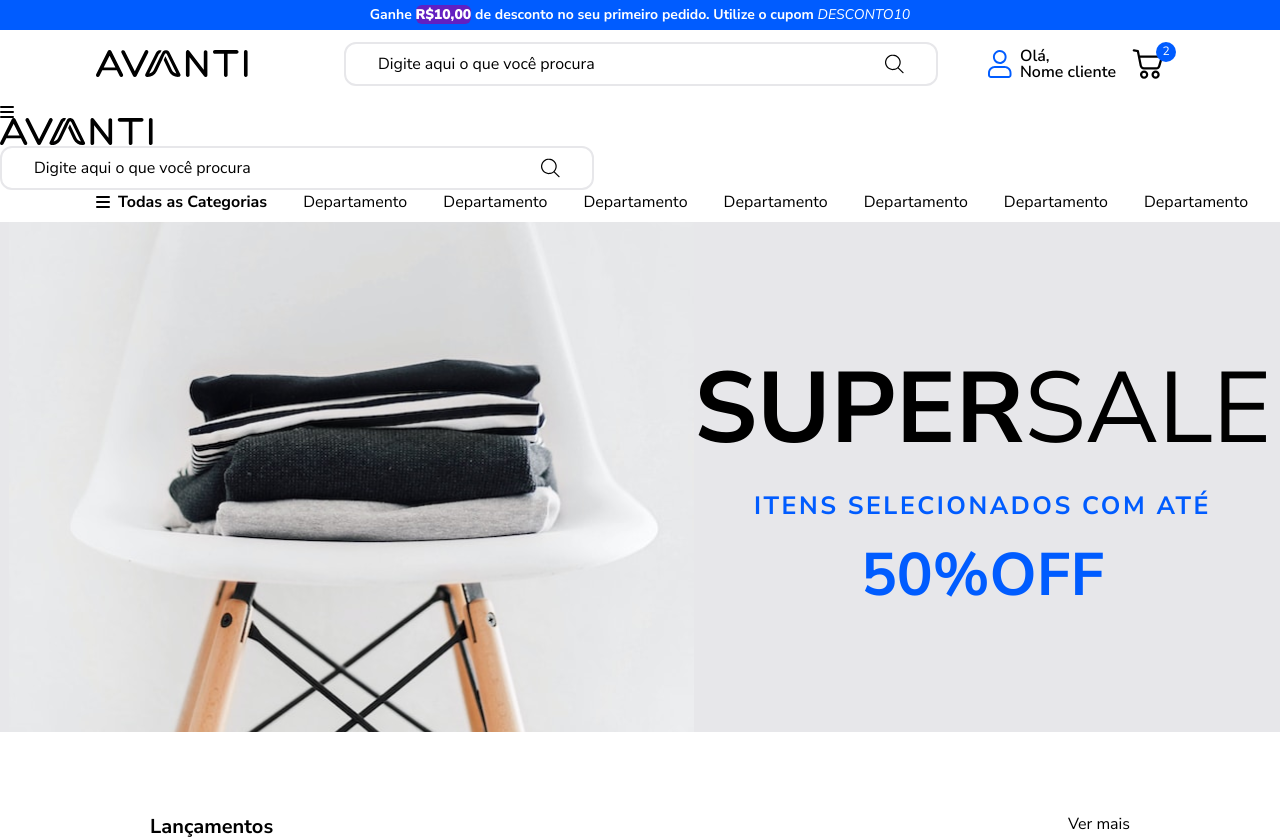
Repository: chidekina/avanti-01
Page: index.html
An editor plug-in stored every save of this project. The page is shown before and after the next save, followed by the edit.
The browser window is 1280 px wide. The pictures show the part of the page from y = 0 to 838 px (the page is 4164 px tall before and 4194 px after).
A picture or video elsewhere on the page could not be fetched, so the positions and the page height are approximate.

Above is the page before, as saved 2025-04-15 14:33:57.

### index.html
<!DOCTYPE html>
<html lang="en">
  <head>
    <meta charset="UTF-8" />
    <meta name="viewport" content="width=device-width, initial-scale=1.0" />
    <script src="https://cdn.jsdelivr.net/npm/@tailwindcss/browser@4"></script>
    <link rel="preconnect" href="https://fonts.googleapis.com" />
    <link rel="preconnect" href="https://fonts.gstatic.com" crossorigin />
    <link href="https://fonts.googleapis.com/css2?family=Nunito+Sans:ital,opsz,wght@0,6..12,200..1000;1,6..12,200..1000&family=Nunito:ital,wght@0,200..1000;1,200..1000&display=swap" rel="stylesheet" />
    <title>Avanti</title>
    <link rel="icon" type="image" href="./assets/avanti-icon.svg" />
    <link rel="stylesheet" href="style.css" />
    <link rel="stylesheet" href="https://cdn.jsdelivr.net/npm/swiper/swiper-bundle.min.css">
  </head>
  <body>
    <header class="mb-2">
      <h1 class="flex justify-center items-center bg-(--primary-color) text-white text-sm h-[30px] font-bold max-md:text-[12px] max-md:text-center max-md:px-6 max-md:h-[52px]">
        <span>
        Ganhe
        <b class=" bg-(--secondary-color) heigth-[16px] w-[64px] rounded-md">R$10,00</b>
        de desconto no seu primeiro pedido. Utilize o cupom
        <i class="font-normal">DESCONTO10</i>
        </span>
      </h1>
      <div class="mt-3 mb-5 px-24 flex justify-between w-full max-md:hidden">
        <div class="flex gap-24">
          <img src="./assets/logo.svg" alt="Avanti Logo" class="w-[152px]" />
            <div class="flex justify-between py-2 border-2 border-solid border-(--bg-color) px-8 rounded-xl cursor-text w-[594px]">
              <input type="text" placeholder="Digite aqui o que você procura" class="placeholder-black outline-none focus:placeholder-transparent w-1/2" />
              <img src="./assets/search.svg" />
            </div>
        </div>
        <div class="flex gap-4">
          <div class="flex gap-2 items-center">
            <img src="./assets/user.svg" alt="icone do usuario" class="w-[24px]" />
            <h6 class="leading-none font-semibold">
              Olá,<br />
              Nome cliente
            </h6>
          </div>
          <div class="flex">
            <img src="./assets/cart.svg" alt="imagem de um carrinho de compras" class="w-[32px]" />
            <div class="relative bg-(--primary-color) w-[20px] h-[20px] text-center text-white text-[12px] rounded-full right-2">2</div>
          </div>
        </div>
      </div>
      <div class="">
        <div>
          <img src="./assets/menu-hamburger.svg" alt="menu hamburguer">
          <img src="./assets/logo.svg" alt="logo da Avanti">
          <img
        </div>
        <div class="flex justify-between py-2 border-2 border-solid border-(--bg-color) px-8 rounded-xl cursor-text w-[594px]">
          <input type="text" placeholder="Digite aqui o que você procura" class="placeholder-black outline-none focus:placeholder-transparent w-1/2" />
          <img src="./assets/search.svg" />
        </div>
      </div>
      <div class="flex px-24 w-full max-md:hidden">
        <ul class="flex gap-9" id="department-list">
          <li  id="menu-button">
          <a href="#">
            <div class="flex gap-2 w-max">
              <img src="./assets/menu-hamburger.svg" alt="menu hamburguer" />
              <h5 class="font-bold">Todas as Categorias</h5>
            </div>
          </a>
        </li>
        </ul>
      </div>
      <div class="flex mx-24 my-2 w-[1200px] h-[320px] bg-white rounded-md px-4 hidden" id="department-content">
       <div id="department-number">
        <div class="flex gap-20" id="department-content-list">
      </div>
      </div>
        <div class="flex flex-col relative left-146 my-2 w-[236px] justify-center bg-[url(/assets/mini-banner.svg)] bg-no-repeat mr-2 px-4 gap-4">
          <h1 class="text-[24px] text-white z-2">
            Confira os<br>
            Produtos<br>
            <b>Que<br>
            acabaram<br>
            De chegar<br></b>
          </h1>
          <a class=" flex justify-center items-center text-white font-bold border-1 z-2 rounded-lg w-[112px] text-[12px] h-[38px]">
            VER TODOS
          </a>
        </div>
      </div>
      <div class="flex mx-24 my-2 w-[1200px] h-[320px] bg-white rounded-md hidden" id="dropdown-content">
        <ul class="flex flex-col gap-2 bg-(--bg-lighter) overflow-y-scroll w-1/5 rounded-md px-4 py-2" id="categories-list">
        </ul>
        <div class="flex flex-col relative left- my-2 w-[236px] justify-center bg-[url(/assets/mini-banner.svg)] bg-no-repeat mr-2 px-4 gap-4">
          <h1 class="text-[24px] text-white z-2">
            Confira os<br>
            Produtos<br>
            <b>Que<br>
            acabaram<br>
            De chegar<br></b>
          </h1>
          <a class=" flex justify-center items-center text-white font-bold border-1 z-2 rounded-lg w-[112px] text-[12px] h-[38px]">
            VER TODOS
          </a>
        </div>
      </div>
    </header>
    <main>
      <section class="flex justify-center items-center w-full height-[510px] bg-(--bg-color) font-(--font-secondary)">
        <img src="./assets/chair.svg" alt="Foto de uma cadeira com roupas dobradas em cima" />
        <div class="flex flex-col gap-1 text-center">
          <h1 class="text-[100px]"><b>SUPER</b>SALE</h1>
          <h4 class="text-[25px] text-(--primary-color) font-bold tracking-widest">ITENS SELECIONADOS COM ATÉ</h4>
          <h4 class="text-[60px] text-(--primary-color) font-bold">50%OFF</h4>
        </div>
      </section>
<carousel-section></carousel-section>
      </section>
  <description-section></description-section>
  <section class="flex w-full bg-(--bg-light) px-[200px] py-[42px] font-(--font-secondary) my-[40px]">
    <div class="text-center text-(--text-color) w-1/2 mr-5">
      <h1 class="text-[30px] font-bold mb-10">
        Lorem ipsum
      </h1>
      <ul class="flex flex-col text-start gap-15">
        <li class="flex gap-6">
          <img src="./assets/pin.svg">
          <p>
            Aenean massa. Cum sociis natoque penatibus et magnis dis parturient montes, nascetur ridiculus mus. Donec quam felis, ultricies nec, pellentesque eu, pretium quis, sem.
          </p>
        </li>
        <li class="flex gap-6">
          <img src="./assets/pin.svg">
          <p>
            Aenean massa. Cum sociis natoque penatibus et magnis dis parturient montes, nascetur ridiculus mus. Donec quam felis, ultricies nec, pellentesque eu, pretium quis, sem.
          </p>
        </li>
        <li class="flex gap-6">
          <img src="./assets/pin.svg">
          <p>
            Aenean massa. Cum sociis natoque penatibus et magnis dis parturient montes, nascetur ridiculus mus. Donec quam felis, ultricies nec, pellentesque eu, pretium quis, sem.
          </p>
        </li>
      </ul>
    </div>
    <img src="./assets/banner.svg" alt="Foto da caneca da Avanti sobre uma tabua de vegetais" class="w-1/2">
  </section>
  <section>
  <description-section></description-section>
  <carousel-section></carousel-section>

  </section>
  <section>
    <img src="./assets/banner2.svg" alt="Foto da entrada da loja da Avanti" />
    <div class="absolute h-[126px] bg-(--primary-color) w-full bottom-[-3080px] text-white text-[30px] font-(--font-secondary)">
      <h1 class="flex justify-center h-full items-center">Entre em contato conosco e verifique a disponibilidade para sua região!</h1>
    </div>
  </section>
  <section class="flex flex-col my-[50px] gap-6 items-center">
    <h2 class="font-bold text-center text-[20px]">
      Cadastre-se na nossa <b class="text-(--primary-color)">newsletter</b>
    </h2>
    <div class="flex w-[1260px] h-[170px] items-center justify-center bg-(--bg-light) rounded-lg gap-6">
      <input type="text" placeholder="Digite seu nome" class="outline-none rounded-lg bg-white placeholder:text-black w-[260px] h-[48px] focus:placeholder-transparent pl-4"/>
      <input type="text" placeholder="Digite seu e-mail" class="outline-none rounded-lg bg-white placeholder:text-black w-[260px] h-[48px] focus:placeholder-transparent pl-4"/>
      <div class="flex gap-1">
      <input type="checkbox" />
      <h5 class="text-(--sub-text) text-[12px] font-bold">Estou de acordo com a <a href="#" class="underline">Política de Privacidade</a></h5>
    </div>
    </div>
  </section>
  <section class="text-center px-[200px] py-[64px] bg-(--bg-lighter)">
    <div class="flex justify-around mb-10">
    <div class="flex flex-col gap-5">
      <img src="./assets/logo.svg" alt="Logo Avanti" />
      <ul class="flex gap-5 justify-around items-center">
        <li>
          <a href="#">
            <img src="./assets/social-links/instagram.svg" alt="Logo do instagram" />
          </a>
        </li>
        <li>
          <a href="#">
            <img src="./assets/social-links/facebook.svg" alt="Logo do instagram" />
          </a>
        </li>
        <li>
          <a href="#">
            <img src="./assets/social-links/youtube.svg" alt="Logo do instagram" />
          </a>
        </li>
        <li>
          <a href="#">
            <img src="./assets/social-links/tiktok.svg" alt="Logo do instagram" />
          </a>
        </li>
      </ul>
    </div>
    <ul class="flex flex-col gap-4">
      <li class="font-bold">
        <a href="">
          Institucional
        </a>
      </li>
      <li>
        <a href="">
          Sobre Nós
        </a>
      </li>
      <li>
        <a href="">
          Nossas lojas
        </a>
      </li>
      <li>
        <a href="">
          Privacidade e Segurança
        </a>
      </li>
      <li>
        <a href="">
          Termos e condições
        </a>
      </li>
    </ul>
    <ul class="flex flex-col gap-4">
      <li class="font-bold">
        <a href="">
          Central de ajuda
        </a>
      </li>
      <li>
        <a href="">
          Fale Conosco
        </a>
      </li>
      <li>
        <a href="">
          Frete e Entrega
        </a>
      </li>
      <li>
        <a href="">
          Trocas e Devoluções
        </a>
      </li>
      <li>
        <a href="">
          Formas de Pagamento
        </a>
      </li>
      <li>
        <a href="">
          FAQ
        </a>
      </li>
    </ul>
    <ul class="flex flex-col gap-4">
      <li class="font-bold">
          Atendimento
      </li>
      <li>
         <b>Telefone:</b> (00) 1234-5678
      </li>
      <li>
        <b>E-mail:</b> exemplo@exemplo.com.br
      </li>
      <li>
        <b>Horário de atendimento:</b><br>
          Segunda a Sábado: 07h00 às 23h00<br>
          Domingos e Feriados:  07h00 às 21h00
      </li>
    </ul>
  </div>
<div>
<ul class="flex gap-10 justify-center">
  <li>
    <img src="./assets/payments/amex.svg" alt="Logo Amex" />
  </li>
  <li>
    <img src="./assets/payments/mastercard.svg" alt="Logo Mastercard" />
  </li>
  <li>
    <img src="./assets/payments/visa.svg" alt="Logo Visa" />
  </li>
  <li>
    <img src="./assets/payments/hipercard.svg" alt="Logo Hipercard" />
  </li>
  <li>
    <img src="./assets/payments/elo.svg" alt="Logo Elo" />
  </li>
  <li>
    <img src="./assets/payments/dinners.svg" alt="Logo Dinners" />
  </li>
  <li>
    <img src="./assets/payments/paypal.svg" alt="Logo Paypal" />
  </li>
  <li>
    <img src="./assets/payments/pix.svg" alt="Logo Pix" />
  </li>
  <li>
    <img src="./assets/payments/boleto.svg" alt="Logo Boleto" />
  </li>
</ul>
</div>
  </section>
    </main>
    <footer class="flex flex-col gap-5 my-10">
      <div class="flex flex-col text-center justify-center items-center">
        <p class="w-[1000px] text-[12px]">
          Lorem ipsum dolor sit amet, consectetuer adipiscing elit, sed diam nonummy nibh euismod tincidunt ut laoreet dolore magna aliquam erat volutpat. Ut wisi enim ad minim veniam, quis nostrud exerci tation ullamcorper suscipit lobortis nisl ut aliquip ex ea commodo consequat. Duis autem vel eum iriure dolor in hendrerit in vulputate velit esse molestie consequat, vel illum dolore eu feugiat nulla facilisis at vero eros et accumsan et iusto odio dignissim qui blandit praesent luptatum zzril delenit augue duis dolore te feugait nulla facilisi.
        </p>
      </div>
        <ul class="flex justify-center gap-10">
          <li>
            <img src="./assets/logos/encrypt-logo.svg" alt="Logo da Lets Encrypt">
          </li>
          <li>
            <img src="./assets/logos/vtex-pci-logo.svg" alt="Logo da VTEX e da PCI certified">
          </li>
          <li>
            <img src="./assets/logo.svg" alt="Logo da Avanti">
          </li>
          <li>
            <img src="./assets/logos/vtex-logo.svg" alt="Logo da VTEX">
          </li>
        </ul>
      </footer>
    <script src="https://cdn.jsdelivr.net/npm/swiper/swiper-bundle.min.js"></script>
    <script src="app.js"></script>
  </body>
</html>

### style.css
:root {
    font-family: "Nunito Sans", sans-serif;
    --primary-color: #005CFF;
    --secondary-color: #6220C1;
    --text-color: #4F4F4F;
    --bg-color: #E7E7EA;
    --bg-dark: #C2C2C2;
    --bg-light: #DEDEDE;
    --bg-lighter: #F5F5F5;
    --sub-text: #656565;
    --font-secondary: "Nunito", sans-serif;
}

html, body {
    margin: 0;
    padding: 0;
    width: 100%;
    height: 100%;
    box-sizing: border-box;
  }

#dropdown-content,
#department-content {
    position: absolute;
    z-index: 1;
    box-shadow: 0px 8px 16px 0px rgba(0,0,0,0.2);
}


#dropdown-content .bg-no-repeat::before,
#department-content .bg-no-repeat::before {
    content: '';
    position: absolute;
    top: 0;
    left: 0;
    width: 236px;
    height: 298px;
    background-image: url(/assets/black-filter.svg);
    z-index: 1;
}

#categories-list li:hover img,
#categories-list li.active img {
    content: url('./assets/arrow-active.svg');
    transform: scale(1.1);
}

.selected {
    color: var(--primary-color); /* Replace with your desired color */
    font-weight: bold;
}

#categories-list li.selected img {
    content: url('./assets/arrow-active.svg'); /* Replace with the active image path */
    transform: scale(1.1); /* Optional: Add a scaling effect */
}

.sublist.open {
    max-height: 500px; /* Adjust based on the expected height of the sublist */
}


.sublist {
    list-style: none;
    padding: 0;
    margin: 0;
}

### app.js
class Carousel extends HTMLElement {
    constructor() {
      super();
    }

    connectedCallback() {
      this.render();
      this.initSlides();
      this.initSwiper();
    }

    render() {
      this.innerHTML = `
        <section class="py-[80px] px-[150px]">
          <div>
            <div class="flex justify-between mb-4">
              <h3 class="font-bold text-[20px]">Lançamentos</h3>
              <h4>Ver mais</h4>
            </div>
            <div class="swiper">
              <div class="swiper-container">
                <ul class="swiper-wrapper" id="swiper-wrapper"></ul>
                <div class="swiper-button-next"></div>
                <div class="swiper-button-prev"></div>
                <div class="swiper-pagination"></div>
              </div>
            </div>
          </div>
        </section>
      `;
    }

    initSlides() {
      const swiperWrapper = this.querySelector("#swiper-wrapper");

      for (let i = 1; i <= 15; i++) {
        const slide = `
          <li class="swiper-slide border border-[#DDDDDD] py-1 px-1 rounded-md" style="min-width: 200px;">
            <div class="absolute">
              <h6 class="flex justify-center items-center bg-[#00264E] text-white text-[10px] w-[42px] h-[20px] rounded-sm">
                NOVO
              </h6>
            </div>
            <img src="./assets/model.svg" alt="Modelo ${i}" />
            <div class="mt-2">
              <h3 class="text-[#303030] text-[12px] mb-1 leading-none">
                Produto ${i} - Nome do Produto
              </h3>
            </div>
            <div class="flex gap-1">
              <div>
                <h4 class="text-[#303030] text-[10px] line-through leading-none">R$ 100,00</h4>
                <h4 class="text-[14px] font-bold tracking-tight">R$ 79,90</h4>
              </div>
              <div class="flex justify-center items-center bg-[#5EC0BE] text-white underline text-[8px] w-[52px] h-[16px] rounded-sm tracking-tight">
                10% OFF
              </div>
            </div>
            <h6 class="text-[10px]">Ou em até <b>10x de R$ 7,90</b></h6>
            <button class="w-full bg-[#00264E] text-white rounded-md text-[12px] h-[30px]">
              Comprar
            </button>
          </li>
        `;
        swiperWrapper.insertAdjacentHTML("beforeend", slide);
      }
    }

    initSwiper() {
      new Swiper(this.querySelector(".swiper-container"), {
        slidesPerView: 5,
        spaceBetween: 10,
        navigation: {
          nextEl: this.querySelector(".swiper-button-next"),
          prevEl: this.querySelector(".swiper-button-prev"),
        },
        pagination: {
          el: this.querySelector(".swiper-pagination"),
          clickable: true,
        },
      });
    }
  }

  customElements.define("carousel-section", Carousel);

class Description extends HTMLElement {
  connectedCallback() {
    this.innerHTML = `
     <section class="flex px-[200px] gap-5 items-center">
        <div class="flex bg-(--bg-dark) justify-center items-center">
            <img src="./assets/mug.svg" alt="Foto de uma caneca da Avanti" />
        </div>
        <div class="font-(--font-secondary) w-1/2">
            <h1 class="font-bold text-[30px]">
          Lorem Ipsum
            </h1>
            <p class="text-[12px]">
                Duis consectetur metus nec lacus auctor dignissim. Mauris vitae finibus dui. Mauris laoreet lacus ut eleifend viverra. Cras efficitur volutpat dui, in lobortis metus lacinia sit amet. Sed lacinia pharetra magna, vel pulvinar ligula hendrerit a. Maecenas fringilla porttitor tortor eget lacinia. Donec sollicitudin euismod orci, auctor fringilla magna consequat interdum. Fusce sagittis elit a libero commodo egestas efficitur id augue.<br></br>
                Duis consectetur metus nec lacus auctor dignissim. Mauris vitae finibus dui. Mauris laoreet lacus ut eleifend viverra. Cras efficitur volutpat dui, in lobortis metus lacinia sit amet. Sed lacinia pharetra magna, vel pulvinar ligula hendrerit a. Maecenas fringilla porttitor tortor eget lacinia. Donec sollicitudin euismod orci, auctor fringilla magna consequat interdum. Fusce sagittis elit a libero commodo egestas efficitur id augue.
            </p>
        </div>
        </section>
        `;
  }
};

customElements.define("description-section", Description);

const categories = document.getElementById('categories-list');
const dropdown = document.getElementById('dropdown-content');
const allCategories = document.getElementById('menu-button');
const depList = document.getElementById('department-list');
const depContent = document.getElementById('department-content');
const depContentList = document.getElementById('department-content-list');
const depNumber = document.getElementById('department-number');

for (let i = 1; i <= 7; i++) {
  const li = document.createElement('li');
  li.innerHTML = `
    <a href="#" id="dep-${i}" class="hover:font-bold hover:text-(--primary-color)"> Departamento </a>
  `;

  li.onclick = () => {
    const allItems = depList.querySelectorAll('li');
    allItems.forEach(item => item.classList.remove('selected'));

    dropdown.classList.add('hidden');

    generateDepartmentContent(i); // Generate content dynamically for the clicked department
  };

  depList.appendChild(li);
}

function generateDepartmentContent(departmentId) {
  const currentVisibleId = depContent.getAttribute('data-visible-id');
  if (currentVisibleId === departmentId.toString()) {
    depContent.classList.add('hidden');
    depContent.removeAttribute('data-visible-id');
    return;
  }

  depContent.setAttribute('data-visible-id', departmentId);
  depContent.classList.remove('hidden');

  depContentList.innerHTML = '';
  const depTitle = depNumber.querySelector('h2');
  if (depTitle) {
    depNumber.removeChild(depTitle);
  }

  const h2 = document.createElement('h2');
  h2.className = 'font-bold mt-4 mb-2';
  h2.textContent = `Departamento ${departmentId}`;
  depNumber.prepend(h2);

  for (let col = 1; col <= 3; col++) {
    const ul = document.createElement('ul');
    ul.className = 'flex flex-col gap-1 text-[14px]';

    for (let item = 1; item <= 8; item++) {
      const li = document.createElement('li');
      li.className = 'first:font-bold first:text-(--primary-color) hover:font-bold hover:text-(--primary-color)';
      li.textContent = 'Categoria';
      ul.appendChild(li);
    }

    depContentList.appendChild(ul);
  }
}

allCategories.onclick = () => {
  if (dropdown.classList.contains('hidden')) {
    dropdown.classList.remove('hidden');
    depContent.classList.add('hidden');
  } else {
    dropdown.classList.add('hidden');
  }
};

for (let i = 1; i <= 15; i++) {
  const li = document.createElement('li');
  li.id = i;
  li.className = 'flex justify-between hover:text-(--primary-color) hover:font-bold';
  li.innerHTML = `
    <p>Departamento</p>
    <img src="./assets/arrow.svg" alt="imagem de flecha" />
  `;

  li.addEventListener('click', () => {
    const allItems = categories.querySelectorAll('li');
    allItems.forEach(item => item.classList.remove('selected'));

    li.classList.add('selected');

    const existingSublist = dropdown.querySelector('.sublist-container');
    if (existingSublist) {
      dropdown.removeChild(existingSublist);
    }

    const sublistContainer = document.createElement('div');
    sublistContainer.className = 'flex relative gap-[100px] right-50 mt-4 sublist-container';

    // Create 3 lists
    for (let i = 1; i <= 3; i++) {
      const sublist = document.createElement('ul');
      sublist.className = 'flex flex-col gap-3 sublist text-(--sub-text)';

      for (let j = 1; j <= 8; j++) {
        const subItem = document.createElement('li');
        subItem.className = 'hover:text-(--primary-color) hover:font-bold first:text-(--primary-color) first:font-bold';
        subItem.textContent = `Categoria ${li.id}`;
        sublist.appendChild(subItem);
      }

      sublistContainer.appendChild(sublist);
    }

    dropdown.appendChild(sublistContainer);
  });

  categories.appendChild(li);
}

After the next save:
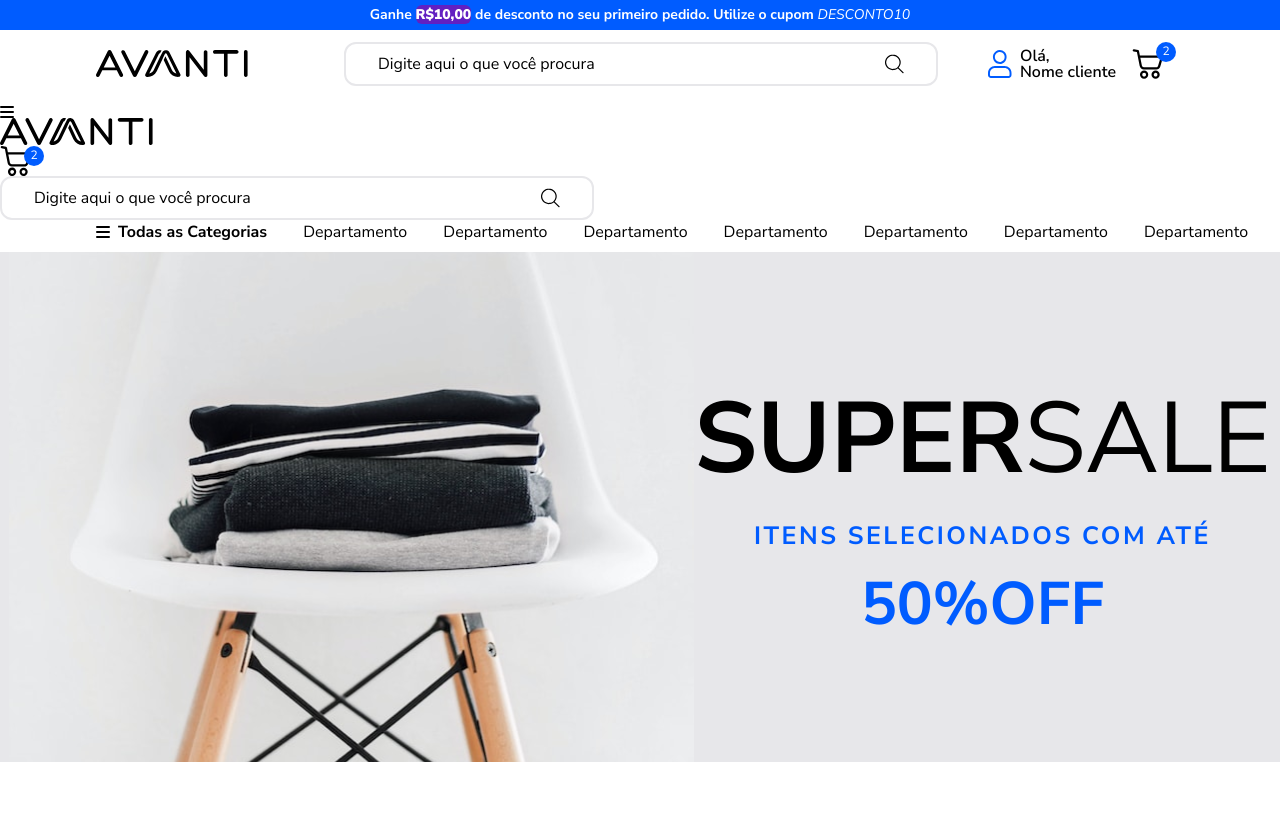
Saved 10 s later.
--- a/index.html
+++ b/index.html
@@ -48,7 +48,10 @@
         <div>
           <img src="./assets/menu-hamburger.svg" alt="menu hamburguer">
           <img src="./assets/logo.svg" alt="logo da Avanti">
-          <img
+          <div class="flex">
+            <img src="./assets/cart.svg" alt="imagem de um carrinho de compras" class="w-[32px]" />
+            <div class="relative bg-(--primary-color) w-[20px] h-[20px] text-center text-white text-[12px] rounded-full right-2">2</div>
+          </div>
         </div>
         <div class="flex justify-between py-2 border-2 border-solid border-(--bg-color) px-8 rounded-xl cursor-text w-[594px]">
           <input type="text" placeholder="Digite aqui o que você procura" class="placeholder-black outline-none focus:placeholder-transparent w-1/2" />
